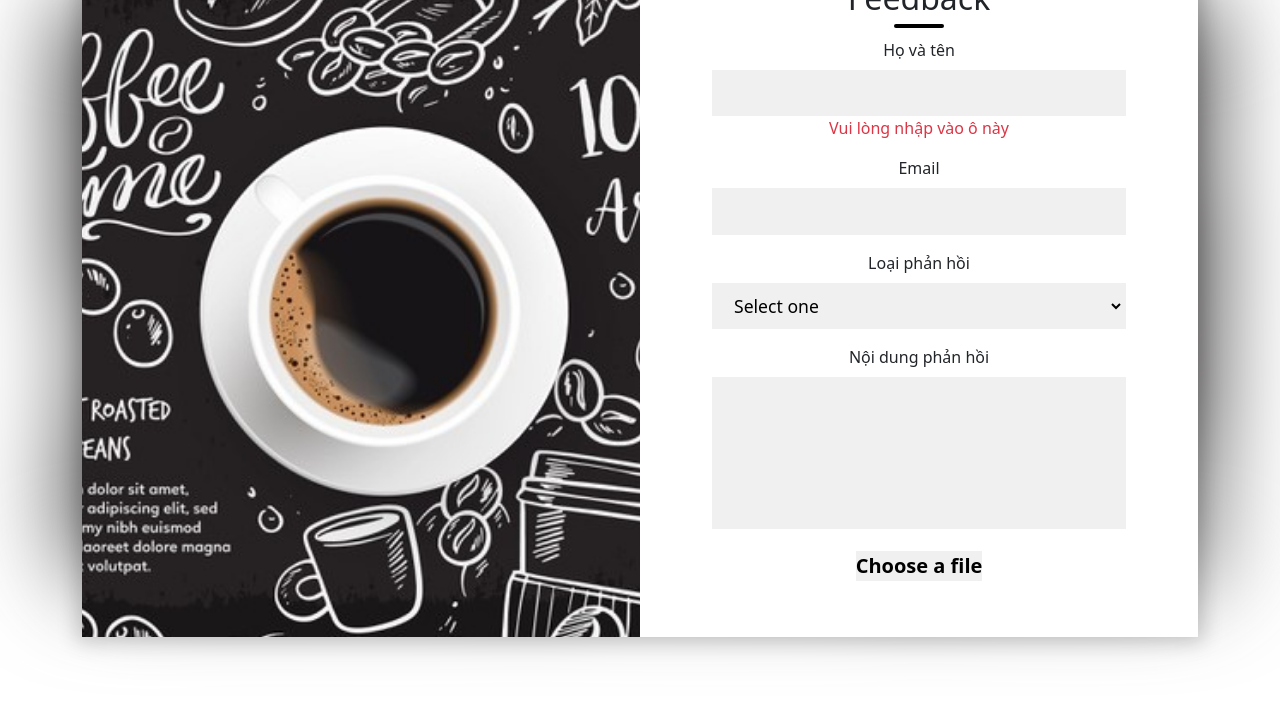
Repository: LeDongGyC/html-css
Page: HTML CSS/prototype/index.html
An editor plug-in stored every save of this project. The page is shown before and after a run of saves, followed by the edit.
The browser window is 1280 px wide. The pictures show the whole page.
The style sheet was rebuilt from its Sass, Less or Tailwind sources for each picture, by a compiler version that may differ from the author's.

Above is the page before, as saved 2023-05-24 10:33:22.

After the next 2 saves:
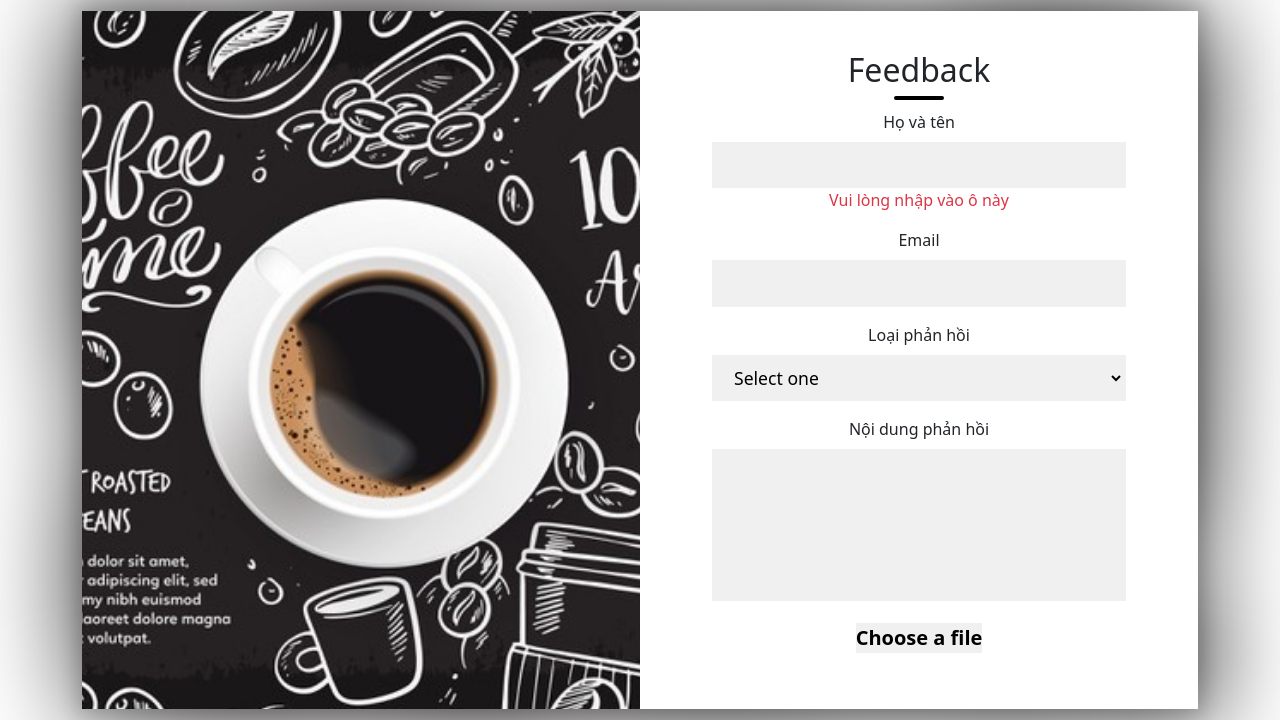
The 2 saves are shown as one change because they came seconds apart.
The last was saved 10 s later.
--- a/HTML CSS/prototype/style.scss
+++ b/HTML CSS/prototype/style.scss
@@ -13,8 +13,8 @@ body {
 }
 .container {
   position: relative;
-  width: 80%;
-  height: 80%;
+  width: 100%;
+  height: 100%;
   display: flex;
   justify-content: center;
   align-items: center;
